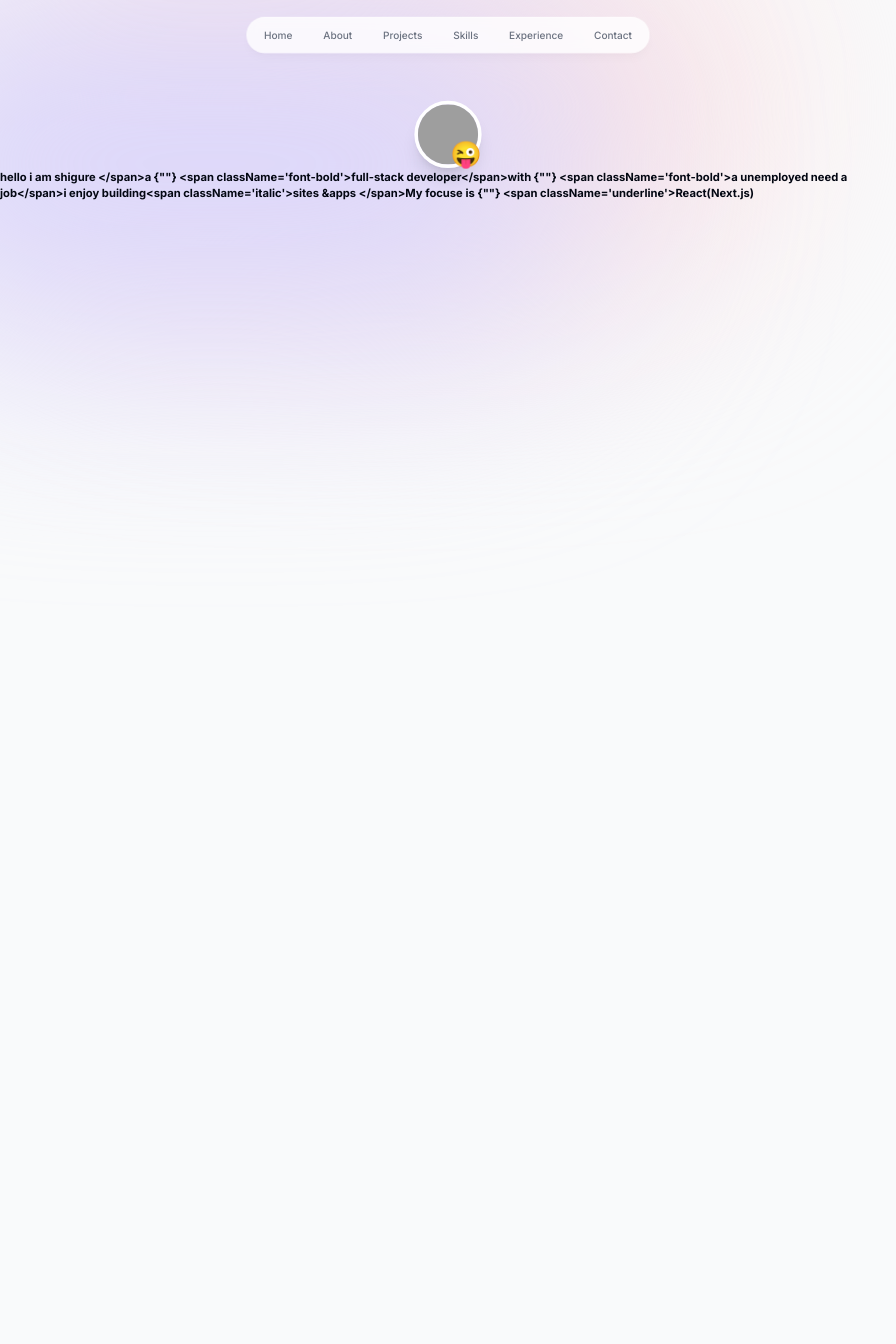
Repository: YUKIKAZE-nanoda/personal-protfolio
Page: /
The author's editor kept a copy of each file at every save. The page is drawn from the files as they stood at one save, then again after the next save.
The browser window is 1280 px wide. The pictures show the part of the page from y = 0 to 1920 px (the page is 5000 px tall), at 70% of full size.
Pictures or frames that could not be fetched are drawn as grey boxes. The project was rebuilt for these pictures with package versions that can differ from the ones it lists, and the page was loaded fresh each time. The framework's server and built-in components were replaced by stand-ins that run in the browser. Also part of the build but not shown: next.config.js.

Above is the page before, as saved 2023-09-19 15:32:55.

### app/layout.tsx
import './globals.css'
import type { Metadata } from 'next'
import { Inter } from 'next/font/google'
import Header from '@/components/header'

const inter = Inter({ subsets: ['latin'] })

export const metadata: Metadata = {
  title: 'shigure|个人简历',
  description: '练习ts和nsxtjs',
}

export default function RootLayout({
  children,
}: {
  children: React.ReactNode
}) {
  return (
    <html lang="en">
      <body className={`${inter.className} bg-gray-50 text-gray-950 relative h-[5000px] pt-28 sm:pt-36`}>
        <div className="bg-[#fbe2e3] absolute top-[-6rem] -z-10 right-[11rem] h-[31.25rem] w-[31.25rem] rounded-full blur-[10rem] sm:w-[68.65rem]"></div>
        <div className="bg-[#dbd7fb] absolute top-[-1rem] -z-10 left-[-35rem] h-[31.25rem] w-[50rem] rounded-full blur-[10rem] sm:w-[68.65rem] md:left-[-33rem] lg:left-[-28rem] xl:left-[-15rem] 2xl:left-[-5rem]">

        </div>
        <Header/>

        {children}</body>
    </html>
  )
}

### app/page.tsx
import Intro from '@/components/intro'
import Image from 'next/image'

export default function Home() {
  return (
    <main className="">
      <Intro/>
    </main>
  )
}

### components/header.tsx
'use client'
import React from 'react'
import { motion } from "framer-motion"
import { links } from '@/lib/data'
import Link from 'next/link'
export default function Header() {
    return (
        <header className='z-[999] relative'>
            <motion.div className='fixed top-0 left-1/2  h-[4.5rem] w-full rounded-none
            border border-white border-opacity-40 bg-white  bg-opacity-80 shadow-lg
             shadow-black/[0.03] backdrop-blur-[0.5rem] sm:top-6 sm:h-[3.25rem] sm:w-[36rem] sm:rounded-full'
                initial={{ y: -100, x: "-50%", opacity: 0 }}
                animate={{ y: 0, x: "-50%", opacity: 1 }}
            >

            </motion.div>
            <nav className='flex fixed top-[0.15rem] left-1/2 h-12 -translate-x-1/2 py-2 sm:top-[1.7rem] sm:h-[initial] sm:py-0'>
                <ul className='flex w-[22rem] flex-wrap items-center justify-center  gap-y-1 text-[0.9rem] font-medium  text-gray-500 sm:w-[initial] sm:flex-nowrap sm:gap-5'>
                    {links.map(link => (
                        <motion.li key={link.hash} initial={{ y: -100, opacity: 0 }} animate={{ y: 0, opacity: 1 }} className='h-3/4 flex items-center justify-center ' >
                            <Link className="flex w-full items-center  justify-center px-3 py-3 hover:text-gray-950 transtion" href={link.hash}>
                                {link.name}
                            </Link>
                        </motion.li>
                    ))}
                </ul>
            </nav>
        </header>
    )
}

### components/intro.tsx
'use client'
import { motion } from 'framer-motion'
import Image from 'next/image'
import React from 'react'

export default function Intro() {
  return (
    <section>
      <div className='flex items-center justify-center'>
        <div className='relative'>
          <motion.div initial={{ opacity: 0, scale: 0 }}
            animate={{ opacity: 1, scale: 1 }}
            transition={{ type: "tween", duration: 0.25 }}>
            <Image src="https://unsplash.com/photos/a-plate-of-peanut-butter-and-banana-slices-Mt7cBpvCpF4"
              alt='shigure'
              width="192"
              height="192"
              quality="95"
              priority={true}
              className='h-24 w-24 rounded-full object-cover border-[0.35rem] border-white shadow-xl'
            />
          </motion.div>

          <motion.span className='absolute text-4xl bottom-0 right-0'
            initial={{ opacity: 0, scale: 0 }}
            animate={{ opacity: 1, scale: 1 }}
            transition={{
              type: 'spring',
              stiffness: 125,
              delay: 0.1,
              duration: 0.7
            }}
          >
            😜
          </motion.span>
        </div>
      </div>
      <p>
        <span className='font-bold'>{`hello i am shigure </span>a {""}
        <span className='font-bold'>full-stack developer</span>with {""}
        <span className='font-bold'>a unemployed need a job</span>i enjoy building<span className='italic'>sites &apps </span>My focuse is {""}
        <span className='underline'>React(Next.js)`}</span>
      </p>
    </section>
  )
}

Loaded but not shown: app/globals.css (common file); lib/data.ts (common file); tailwind.config.ts (common file)

After the next save:
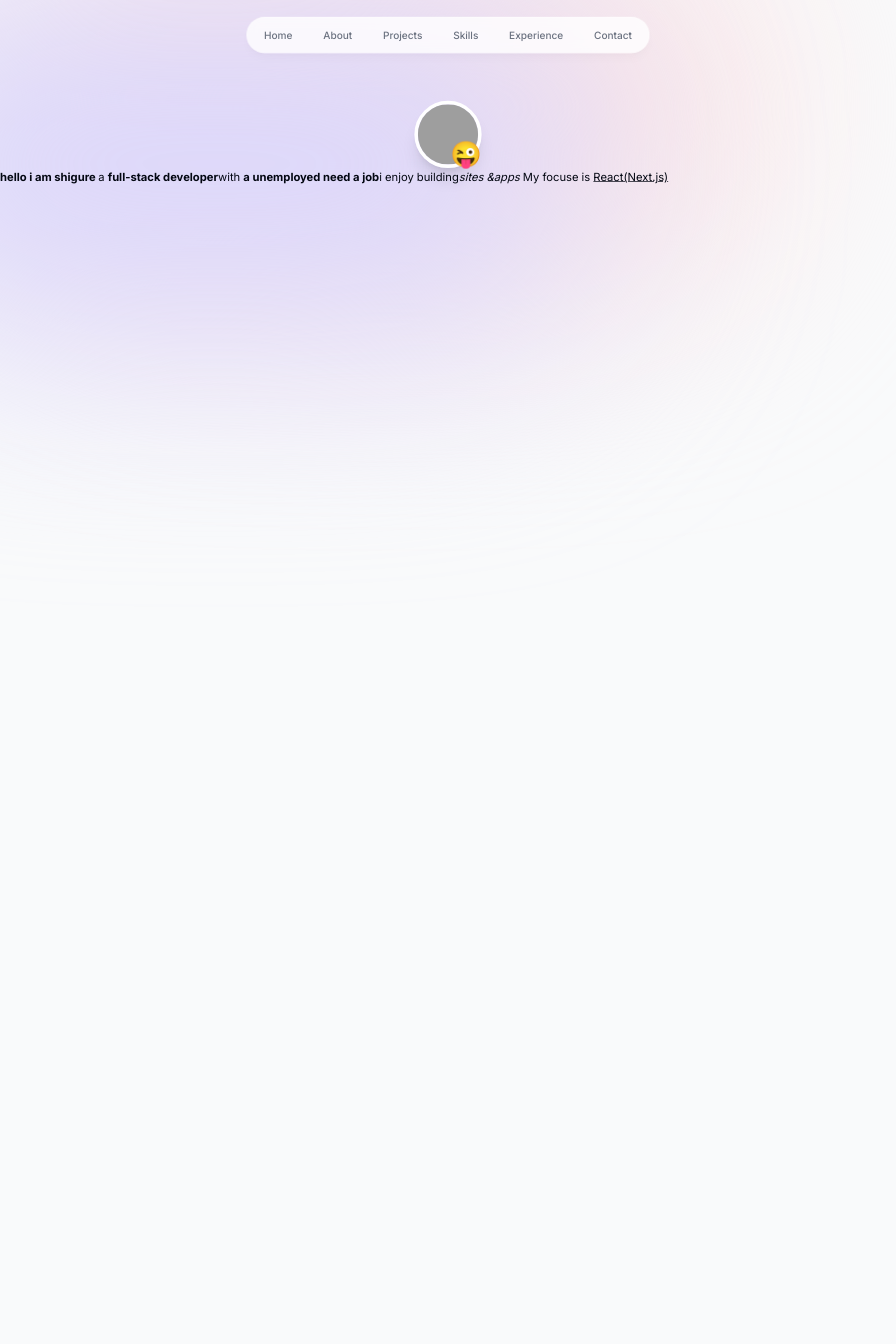
Saved 29 s later.
--- a/components/intro.tsx
+++ b/components/intro.tsx
@@ -36,10 +36,10 @@ export default function Intro() {
         </div>
       </div>
       <p>
-        <span className='font-bold'>{`hello i am shigure </span>a {""}
+        <span className='font-bold'>hello i am shigure </span>a {""}
         <span className='font-bold'>full-stack developer</span>with {""}
         <span className='font-bold'>a unemployed need a job</span>i enjoy building<span className='italic'>sites &apps </span>My focuse is {""}
-        <span className='underline'>React(Next.js)`}</span>
+        <span className='underline'>React(Next.js)</span>
       </p>
     </section>
   )
